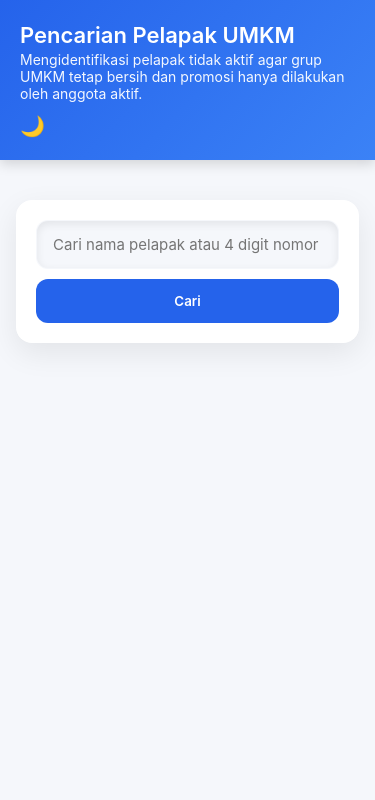
Repository: pasarrakyatbak/ceklapak
Page: index.html
These files come from the project's save history. The page is drawn as it stood at one moment and after the next save; the edit follows.
The browser window is 375 px wide. The pictures show the whole page.

Above is the page before, as saved 2025-11-19 06:03:30.

### index.html
<!DOCTYPE html>
<html lang="id">

<head>
    <meta charset="UTF-8" />
    <meta name="viewport" content="width=device-width, initial-scale=1.0" />
    <title>Pencarian Pelapak UMKM</title>
    <link rel="stylesheet" href="style.css" />
</head>

<body>
    <header>
        <div class="header-inner">
            <div>
                <h1>Pencarian Pelapak UMKM</h1>
                <p class="desc">
                    Mengidentifikasi pelapak tidak aktif agar grup UMKM tetap bersih dan promosi hanya dilakukan oleh
                    anggota aktif.
                </p>
            </div>

            <div class="controls">
                <label class="theme-toggle">
                    <input id="themeToggle" type="checkbox" aria-label="Toggle dark mode" />
                    <span>🌙</span>
                </label>
            </div>
        </div>
    </header>

    <main>
        <div class="search-card">
            <div class="search-box">
                <input type="text" id="queryInput" placeholder="Cari nama pelapak atau 4 digit nomor HP..."
                    autocomplete="off" />
                <button id="searchBtn">Cari</button>
            </div>
        </div>

        <div id="resultBox" class="result-box hidden" role="region" aria-live="polite"></div>
        <div id="loader" class="loader hidden"></div>
        <div id="skeletonBox" class="skeleton-box hidden">
            <div class="skeleton-item"></div>
            <div class="skeleton-item"></div>
            <div class="skeleton-item"></div>
        </div>
    </main>

    <script src="app.js"></script>
</body>

</html>

### style.css
/* === Color variables === */
:root {
    --bg: #f5f7fb;
    --card: #ffffff;
    --text: #1f2937;
    --muted: #6b7280;
    --primary: #2563eb;
    --primary-light: #3b82f6;
    --shadow: rgba(0, 0, 0, 0.08);
}

body.dark {
    --bg: #0d1117;
    --card: #161b22;
    --text: #e5e7eb;
    --muted: #9ca3af;
    --primary: #3b82f6;
    --primary-light: #60a5fa;
    --shadow: rgba(0, 0, 0, 0.5);
}

/* === Base === */
* {
    margin: 0;
    padding: 0;
    box-sizing: border-box;
    font-family: "Inter", system-ui, sans-serif;
}

body {
    background: var(--bg);
    color: var(--text);
    padding-bottom: 40px;
    transition: background 0.3s ease, color 0.3s ease;
}

/* === Header === */
header {
    background: linear-gradient(135deg, var(--primary), var(--primary-light));
    padding: 22px 20px;
    color: white;
    box-shadow: 0 4px 12px rgba(0, 0, 0, 0.15);
}

.header-inner {
    max-width: 1050px;
    margin: auto;
    display: flex;
    justify-content: space-between;
    align-items: center;
}

header h1 {
    font-size: 22px;
    font-weight: 600;
}

.desc {
    font-size: 14px;
    opacity: 0.95;
    margin-top: 3px;
}

/* === Dark mode toggle === */
.theme-toggle {
    display: flex;
    align-items: center;
    cursor: pointer;
    font-size: 20px;
}

.theme-toggle input {
    width: 0;
    height: 0;
    opacity: 0;
}

/* === Search Card === */
main {
    max-width: 750px;
    margin: 40px auto;
    padding: 0 16px;
}

.search-card {
    background: var(--card);
    padding: 20px;
    border-radius: 16px;
    box-shadow: 0 10px 30px var(--shadow);
    backdrop-filter: blur(4px);
    transition: background 0.3s ease;
}

.search-box {
    display: flex;
    gap: 10px;
}

.search-box input {
    flex: 1;
    padding: 14px 16px;
    border-radius: 12px;
    border: 1px solid transparent;
    background: var(--bg);
    color: var(--text);
    font-size: 15px;
    box-shadow: inset 0 3px 8px var(--shadow);
    transition: 0.2s;
}

.search-box input:focus {
    border-color: var(--primary);
    outline: none;
}

.search-box button {
    padding: 14px 18px;
    background: var(--primary);
    color: white;
    font-weight: 600;
    border: none;
    border-radius: 12px;
    cursor: pointer;
    transition: 0.2s;
    min-width: 110px;
}

.search-box button:hover {
    background: var(--primary-light);
    transform: translateY(-2px);
}

/* === Result Box === */
.result-box {
    margin-top: 25px;
    padding: 10px;
}

.result-item {
    background: var(--card);
    padding: 16px;
    margin-bottom: 12px;
    border-radius: 14px;
    box-shadow: 0 6px 18px var(--shadow);
    transition: 0.2s ease;
    border-left: 4px solid var(--primary);
}

.result-item:hover {
    transform: translateY(-3px);
}

.result-item strong {
    color: var(--primary);
}

.small {
    margin-top: 4px;
    font-size: 13px;
    color: var(--muted);
}

.hidden {
    display: none;
}

/* === Skeleton Loader === */
.skeleton-box {
    margin-top: 25px;
}

.skeleton-item {
    height: 80px;
    background: linear-gradient(90deg,
            var(--card) 0%,
            var(--bg) 50%,
            var(--card) 100%);
    background-size: 200% 100%;
    border-radius: 14px;
    margin-bottom: 14px;
    animation: shimmer 1.4s infinite;
    box-shadow: 0 4px 12px var(--shadow);
}

@keyframes shimmer {
    0% {
        background-position: -200% 0;
    }

    100% {
        background-position: 200% 0;
    }
}

/* === Loader === */
.loader {
    width: 38px;
    height: 38px;
    border: 4px solid transparent;
    border-top-color: var(--primary);
    border-right-color: var(--primary-light);
    border-radius: 50%;
    animation: spin 0.75s linear infinite;
    margin: 25px auto;
}

@keyframes spin {
    to {
        transform: rotate(360deg);
    }
}

/* === Responsive === */
@media (max-width: 480px) {

    .header-inner {
        flex-direction: column;
        align-items: flex-start;
        gap: 12px;
    }

    .search-box {
        flex-direction: column;
    }

    .search-box button {
        width: 100%;
    }
}

### app.js
// === CONFIG ===
const API_URL = "https://script.google.com/macros/s/AKfycby4z2qZ24SrJkcyGpybH29lSUC_3_z1LG-7wSmTzpaOEXrwjXf0Cl3hqkg95qAxPj1-/exec";

// DOM
const searchBtn = document.getElementById("searchBtn");
const queryInput = document.getElementById("queryInput");
const resultBox = document.getElementById("resultBox");
const themeToggle = document.getElementById("themeToggle");
const skeletonBox = document.getElementById("skeletonBox");
const loader = document.getElementById("loader");

// Init theme
(function initTheme() {
    const saved = localStorage.getItem("umkm_theme");
    if (saved === "dark") document.body.classList.add("dark");
    themeToggle.checked = document.body.classList.contains("dark");
})();

themeToggle.addEventListener("change", () => {
    document.body.classList.toggle("dark");
    localStorage.setItem(
        "umkm_theme",
        document.body.classList.contains("dark") ? "dark" : "light"
    );
});

// Search
searchBtn.addEventListener("click", searchData);
queryInput.addEventListener("keypress", e => e.key === "Enter" && searchData());

// Clean
function cleanNumber(input) {
    return input.replace(/\s|\.|-|\(|\)|\+/g, "");
}

function normalizePhone(phone) {
    if (!phone) return "";
    const digits = phone.replace(/[^0-9]/g, "");
    if (!digits) return "";
    if (digits.startsWith("0")) return digits;
    return "0" + digits;
}

// Main search
function searchData() {
    const raw = queryInput.value.trim();
    if (!raw) return renderError("Masukkan nama atau angka.");

    showSkeleton();
    showLoader();

    const onlyDigits = cleanNumber(raw);
    const is4 = /^\d{4}$/.test(onlyDigits);
    const q = is4 ? onlyDigits : raw.toLowerCase();

    fetch(`${API_URL}?q=${encodeURIComponent(q)}`)
        .then(res => res.json())
        .then(data => {
            hideSkeleton();
            hideLoader();

            if (!data || data.status === "error")
                return renderError(data?.pesan || "Tidak ditemukan.");

            // ==== PENYESUAIAN BARU ====
            // nomor_whatsapp → dinormalisasi
            // nomor_lapak → tetap
            const normalized = (data.hasil || []).map(item => ({
                nama: item.nama,
                nomor_whatsapp: normalizePhone(item.nomor_whatsapp || ""),
                nomor_lapak: item.nomor_lapak || "Tidak ada",
                baris: item.baris
            }));

            renderResults(normalized);
        })
        .catch(() => renderError("Server tidak merespon."));
}

function renderResults(results) {
    resultBox.classList.remove("hidden");

    if (!results.length) {
        resultBox.innerHTML = `<p class="empty">Tidak ada hasil.</p>`;
        return;
    }

    let html = "";
    results.forEach(r => {
        html += `
        <div class="result-item">
            <div><strong>Nama:</strong> ${escape(r.nama)}</div>
            <div><strong>Nomor WhatsApp:</strong> ${escape(r.nomor_whatsapp)}</div>
            <div class="small"><strong>Nomor Lapak:</strong> ${escape(r.nomor_lapak)}</div>
        </div>
        `;
    });

    resultBox.innerHTML = html;
}

function renderError(msg) {
    resultBox.classList.remove("hidden");
    resultBox.innerHTML = `<p style="color:var(--primary);font-weight:600">${escape(msg)}</p>`;
}

function escape(s) {
    return String(s || "—")
        .replace(/&/g, "&amp;")
        .replace(/</g, "&lt;")
        .replace(/>/g, "&gt;");
}

function showSkeleton() {
    skeletonBox.classList.remove("hidden");
    resultBox.classList.add("hidden");
}

function hideSkeleton() {
    skeletonBox.classList.add("hidden");
}

function showLoader() {
    loader.classList.remove("hidden");
    resultBox.classList.add("hidden");
}

function hideLoader() {
    loader.classList.add("hidden");
}

After the next save:
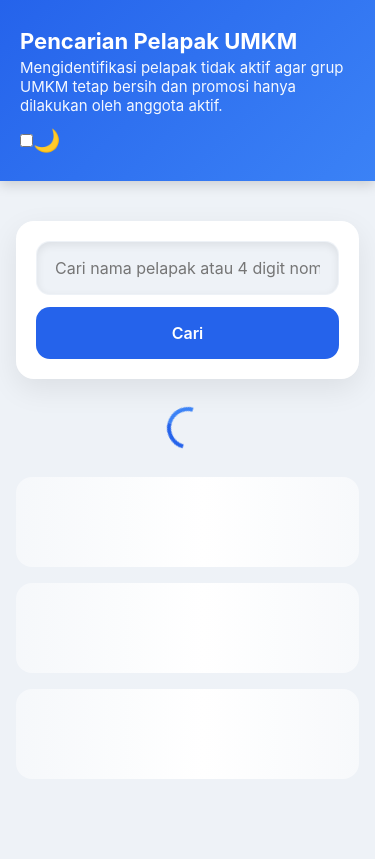
Saved 2 min 37 s later.
--- a/style.css
+++ b/style.css
@@ -1,12 +1,16 @@
 /* === Color variables === */
 :root {
-    --bg: #f5f7fb;
+    --bg: #eef2f7;
     --card: #ffffff;
-    --text: #1f2937;
-    --muted: #6b7280;
+    --text: #1e293b;
+    --muted: #64748b;
     --primary: #2563eb;
     --primary-light: #3b82f6;
     --shadow: rgba(0, 0, 0, 0.08);
+
+    --font-lg: 17px;
+    --font-base: 16px;
+    --font-sm: 14px;
 }
 
 body.dark {
@@ -16,7 +20,7 @@ body.dark {
     --muted: #9ca3af;
     --primary: #3b82f6;
     --primary-light: #60a5fa;
-    --shadow: rgba(0, 0, 0, 0.5);
+    --shadow: rgba(0, 0, 0, 0.45);
 }
 
 /* === Base === */
@@ -30,14 +34,14 @@ body.dark {
 body {
     background: var(--bg);
     color: var(--text);
+    transition: 0.3s ease;
     padding-bottom: 40px;
-    transition: background 0.3s ease, color 0.3s ease;
 }
 
 /* === Header === */
 header {
     background: linear-gradient(135deg, var(--primary), var(--primary-light));
-    padding: 22px 20px;
+    padding: 28px 20px;
     color: white;
     box-shadow: 0 4px 12px rgba(0, 0, 0, 0.15);
 }
@@ -51,14 +55,14 @@ header {
 }
 
 header h1 {
-    font-size: 22px;
-    font-weight: 600;
+    font-size: 26px;
+    font-weight: 700;
 }
 
 .desc {
-    font-size: 14px;
+    font-size: 15px;
     opacity: 0.95;
-    margin-top: 3px;
+    margin-top: 4px;
 }
 
 /* === Dark mode toggle === */
@@ -66,13 +70,7 @@ header h1 {
     display: flex;
     align-items: center;
     cursor: pointer;
-    font-size: 20px;
-}
-
-.theme-toggle input {
-    width: 0;
-    height: 0;
-    opacity: 0;
+    font-size: 22px;
 }
 
 /* === Search Card === */
@@ -84,26 +82,26 @@ main {
 
 .search-card {
     background: var(--card);
-    padding: 20px;
-    border-radius: 16px;
+    padding: 24px;
+    border-radius: 18px;
     box-shadow: 0 10px 30px var(--shadow);
     backdrop-filter: blur(4px);
-    transition: background 0.3s ease;
-}
-
+}
+
+/* search box */
 .search-box {
     display: flex;
-    gap: 10px;
+    gap: 12px;
 }
 
 .search-box input {
     flex: 1;
-    padding: 14px 16px;
-    border-radius: 12px;
+    padding: 16px 18px;
+    border-radius: 14px;
     border: 1px solid transparent;
     background: var(--bg);
     color: var(--text);
-    font-size: 15px;
+    font-size: 17px;
     box-shadow: inset 0 3px 8px var(--shadow);
     transition: 0.2s;
 }
@@ -114,15 +112,16 @@ main {
 }
 
 .search-box button {
-    padding: 14px 18px;
+    padding: 16px 20px;
     background: var(--primary);
     color: white;
+    font-size: 17px;
     font-weight: 600;
     border: none;
-    border-radius: 12px;
+    border-radius: 14px;
     cursor: pointer;
     transition: 0.2s;
-    min-width: 110px;
+    min-width: 120px;
 }
 
 .search-box button:hover {
@@ -132,18 +131,18 @@ main {
 
 /* === Result Box === */
 .result-box {
-    margin-top: 25px;
-    padding: 10px;
-}
-
+    margin-top: 28px;
+}
+
+/* result card improved */
 .result-item {
     background: var(--card);
-    padding: 16px;
-    margin-bottom: 12px;
-    border-radius: 14px;
+    padding: 22px;
+    margin-bottom: 16px;
+    border-radius: 16px;
     box-shadow: 0 6px 18px var(--shadow);
+    border-left: 6px solid var(--primary);
     transition: 0.2s ease;
-    border-left: 4px solid var(--primary);
 }
 
 .result-item:hover {
@@ -152,16 +151,18 @@ main {
 
 .result-item strong {
     color: var(--primary);
+    font-size: 18px;
+}
+
+.result-item div {
+    font-size: 17px;
+    margin-bottom: 6px;
 }
 
 .small {
-    margin-top: 4px;
-    font-size: 13px;
+    margin-top: 6px;
+    font-size: 15px;
     color: var(--muted);
-}
-
-.hidden {
-    display: none;
 }
 
 /* === Skeleton Loader === */
@@ -170,16 +171,15 @@ main {
 }
 
 .skeleton-item {
-    height: 80px;
+    height: 90px;
     background: linear-gradient(90deg,
             var(--card) 0%,
             var(--bg) 50%,
             var(--card) 100%);
     background-size: 200% 100%;
-    border-radius: 14px;
-    margin-bottom: 14px;
+    border-radius: 16px;
+    margin-bottom: 16px;
     animation: shimmer 1.4s infinite;
-    box-shadow: 0 4px 12px var(--shadow);
 }
 
 @keyframes shimmer {
@@ -194,14 +194,14 @@ main {
 
 /* === Loader === */
 .loader {
-    width: 38px;
-    height: 38px;
+    width: 42px;
+    height: 42px;
     border: 4px solid transparent;
     border-top-color: var(--primary);
     border-right-color: var(--primary-light);
     border-radius: 50%;
     animation: spin 0.75s linear infinite;
-    margin: 25px auto;
+    margin: 28px auto;
 }
 
 @keyframes spin {
@@ -210,7 +210,25 @@ main {
     }
 }
 
-/* === Responsive === */
+/* === Responsive (tablet + mobile) === */
+@media (max-width: 768px) {
+    header h1 {
+        font-size: 22px;
+    }
+
+    .search-card {
+        padding: 20px;
+    }
+
+    .result-item {
+        padding: 20px;
+    }
+
+    .result-item strong {
+        font-size: 17px;
+    }
+}
+
 @media (max-width: 480px) {
 
     .header-inner {
@@ -223,7 +241,17 @@ main {
         flex-direction: column;
     }
 
+    .search-box input,
     .search-box button {
         width: 100%;
-    }
-}
+        font-size: 16px;
+    }
+
+    .result-item div {
+        font-size: 16px;
+    }
+
+    .result-item strong {
+        font-size: 17px;
+    }
+}
